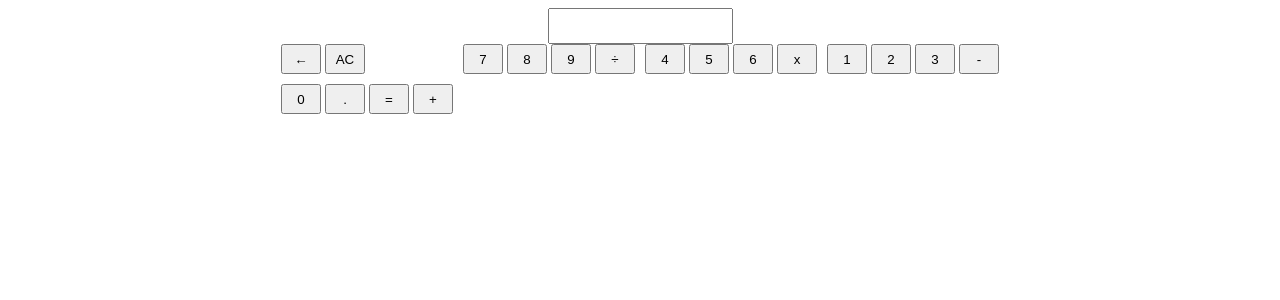
Repository: z1youRA/MyCalculator
Page: index.html
These files come from the project's save history. The page is drawn as it stood at one moment and after the next save; the edit follows.
The browser window is 1280 px wide. The pictures show the whole page.

Above is the page before, as saved 2021-12-19 17:18:54.

After the next save:
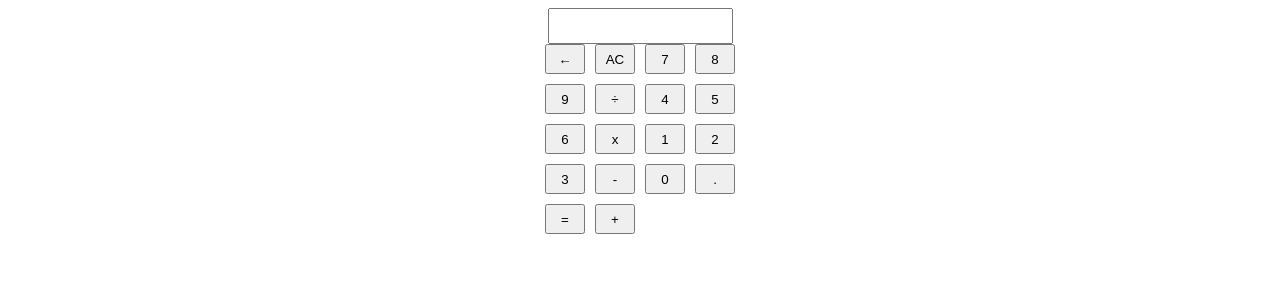
Saved 60 s later.
--- a/index.html
+++ b/index.html
@@ -11,34 +11,24 @@
     <div class='container'>
         <input type='text'>
         <div class='buttons'>
-            <div class='first-row row'>
                 <button class='back'>←</button>
                 <button class='clear'>AC</button>
-            </div>
-            <div class='second-row row'>
                 <button class='num'>7</button>
                 <button class='num'>8</button>
                 <button class='num'>9</button>
                 <button class='ope'>÷</button>
-            </div>
-            <div class='third-row row'>
                 <button class='num'>4</button>
                 <button class='num'>5</button>
                 <button class='num'>6</button>
                 <button class='ope'>x</button>
-            </div>
-            <div class='fourth-row row'>
                 <button class='num'>1</button>
                 <button class='num'>2</button>
                 <button class='num'>3</button>
                 <button class='ope'>-</button>
-            </div>
-            <div class='fifth-row row'>
                 <button class='num'>0</button>
                 <button class='num point'>.</button>
                 <button class='calcu'>=</button>
                 <button class='ope'>+</button>
-            </div>
         </div>
     </div>
 
